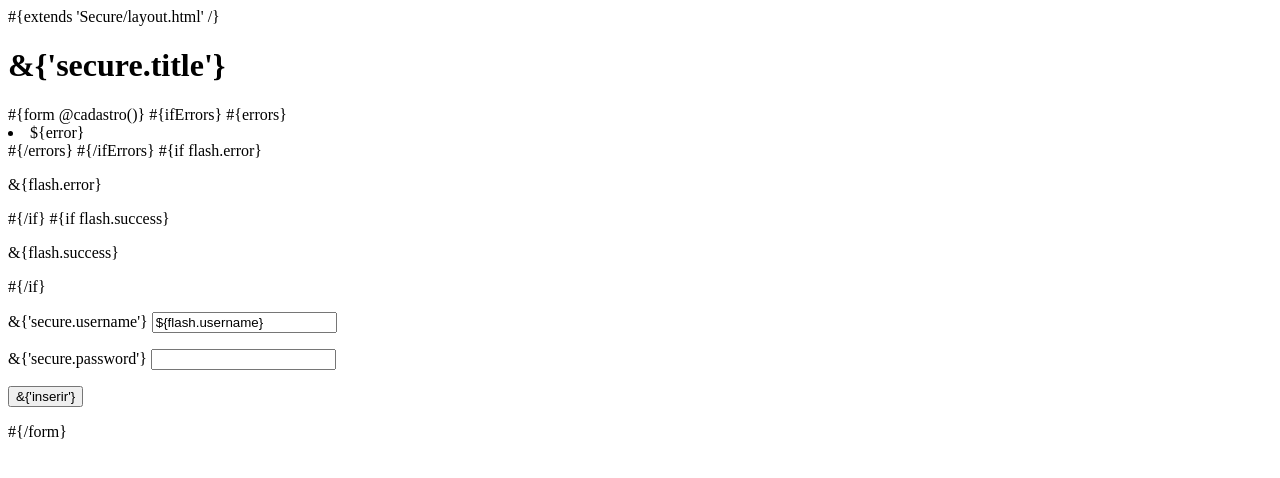
Repository: danilofonte/playframework-tutorial
Page: controleAcesso/app/views/Application/cadastro.html
The author's editor kept a copy of each file at every save. The page is drawn from the files as they stood at one save, then again after the next save.
The browser window is 1280 px wide. The pictures show the whole page.

Above is the page before, as saved 2014-02-05 11:43:26.

### controleAcesso/app/views/Application/cadastro.html
#{extends 'Secure/layout.html' /}

<div id="login">

	<h1>&{'secure.title'}</h1>

	#{form @cadastro()}

		#{ifErrors}
		   #{errors}
		       <li>${error}</li>
		   #{/errors}
		#{/ifErrors}

		#{if flash.error}
			<p class="error">
				&{flash.error}
			</p>
		#{/if}
		#{if flash.success}
			<p class="success">
				&{flash.success}
			</p>
		#{/if}

		<p id="username-field">
			<label for="email">&{'secure.username'}</label>
			<input type="text" name="usuario.email" id="email" value="${flash.username}" />
		</p>
		<p id="password-field">
			<label for="password">&{'secure.password'}</label>
			<input type="password" name="usuario.password" id="password" value="" />
		</p>
		<p id="signin-field">
			<input type="submit" id="signin" value="&{'inserir'}" />
		</p>
	#{/form}
</div>

After the next save:
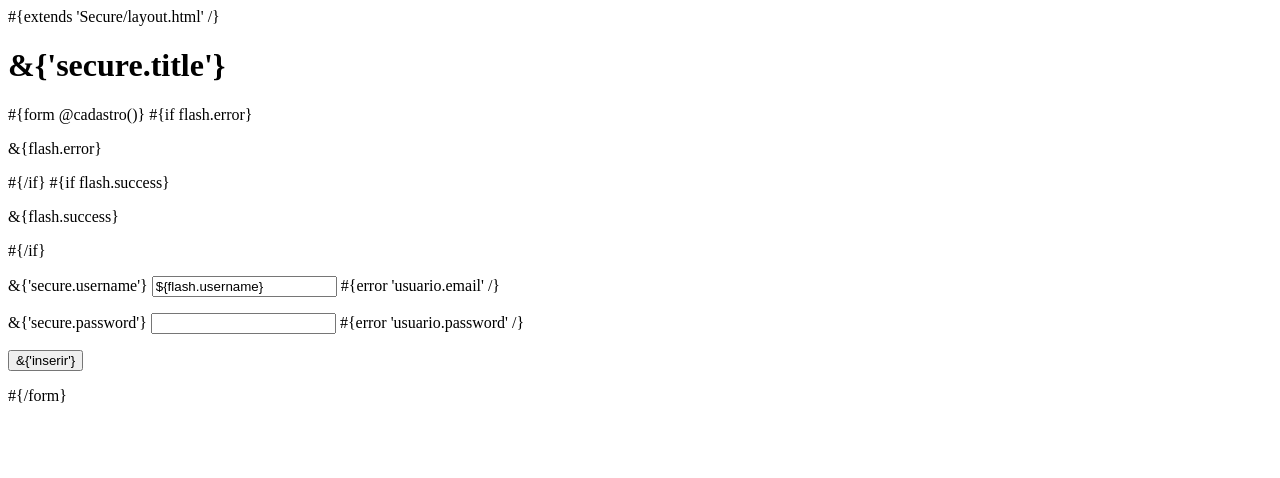
Saved 58 s later.
--- a/controleAcesso/app/views/Application/cadastro.html
+++ b/controleAcesso/app/views/Application/cadastro.html
@@ -5,12 +5,6 @@
 	<h1>&{'secure.title'}</h1>
 
 	#{form @cadastro()}
-
-		#{ifErrors}
-		   #{errors}
-		       <li>${error}</li>
-		   #{/errors}
-		#{/ifErrors}
 
 		#{if flash.error}
 			<p class="error">
@@ -26,10 +20,12 @@
 		<p id="username-field">
 			<label for="email">&{'secure.username'}</label>
 			<input type="text" name="usuario.email" id="email" value="${flash.username}" />
+			<span class="error">#{error 'usuario.email' /}</span>
 		</p>
 		<p id="password-field">
 			<label for="password">&{'secure.password'}</label>
 			<input type="password" name="usuario.password" id="password" value="" />
+			<span class="error">#{error 'usuario.password' /}</span>
 		</p>
 		<p id="signin-field">
 			<input type="submit" id="signin" value="&{'inserir'}" />
